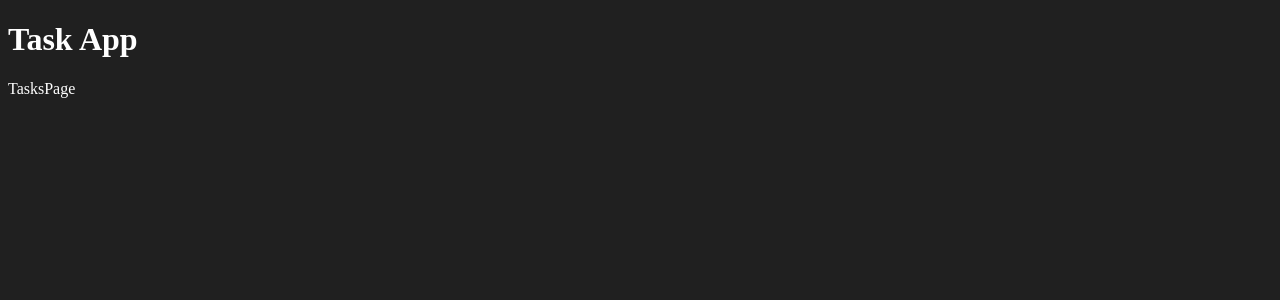
Repository: ChemsJam/django_react_api_crud
Page: / (app in Client/)
These files come from the project's save history. The page is drawn as it stood at one moment and after the next save; the edit follows.
The browser window is 1280 px wide. The pictures show the whole page.
The project was rebuilt for these pictures with package versions that can differ from the ones it lists, and the page was loaded fresh each time. Also part of the build but not shown: Client/vite.config.js, Client/src/pages/TaskFormPage.jsx.

Above is the page before, as saved 2024-07-03 19:39:01.

After the next save:
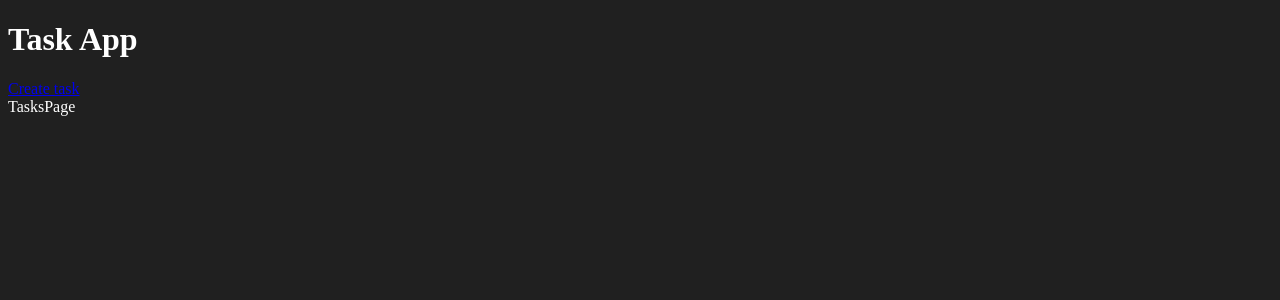
Saved 18 s later.
--- a/Client/src/components/Navigation.jsx
+++ b/Client/src/components/Navigation.jsx
@@ -4,7 +4,7 @@ export function Navigation() {
   return (
     <div>
         <h1>Task App</h1>
-        <Link to="/tasks-create"></Link>
+        <Link to="/tasks-create">Create task</Link>
     </div>
   )
 }
